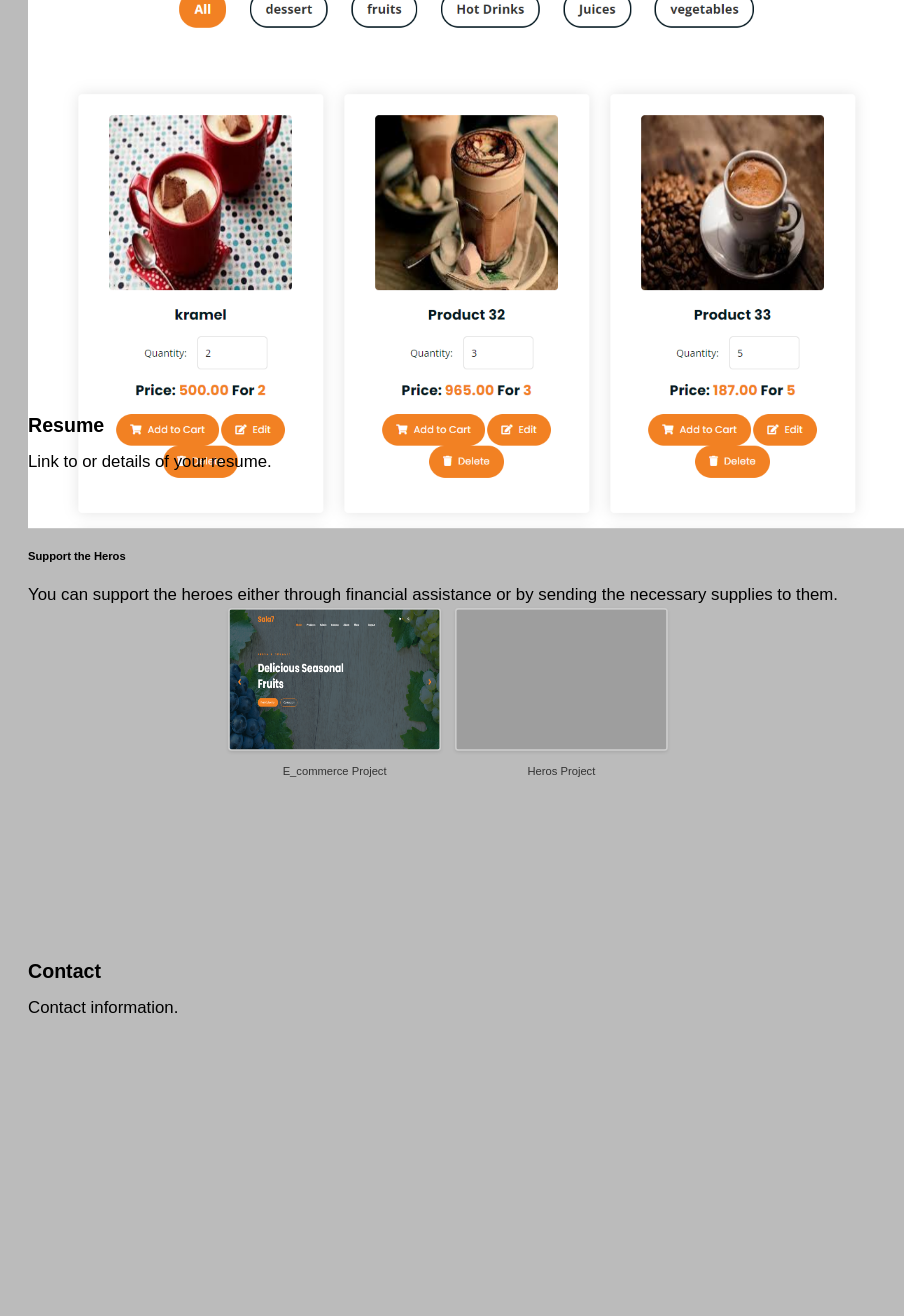
Repository: Salah-Wael/Salah-EL-Din-Portfolio
Page: index.html
An editor plug-in stored every save of this project. The page is shown before and after the next save, followed by the edit.
The browser window is 1280 px wide. The page is 1292 px wide, so the pictures cover 1292 px, including what lies to the right of the window. The pictures show the part of the page from y = 1112 to 2992 px (the page is 3237 px tall), at 70% of full size.
Pictures or frames that could not be fetched are drawn as grey boxes.

Above is the page before, as saved 2024-07-13 04:13:55.

### index.html
<!DOCTYPE html>
<html lang="en">
<head>
  <meta charset="UTF-8">
  <meta name="viewport" content="width=device-width, initial-scale=1.0">
  <title>Salah EL-Din Portfolio</title>
  <link rel="stylesheet" href="./style.css">
</head>
<body>
  <nav>
    <h1>Salah El-Din</h1>
    <ul>
      <li><a href="#about">About</a></li>
      <li><a href="#projects">Projects</a></li>
      <li><a href="#resume">Resume</a></li>
      <li><a href="#contact">Contact</a></li>
    </ul>
  </nav>
  <section id="about">
    <div class="about">
      <div>
        <h2>About Me</h2>
        <p>
          Hi there! 👋<br>
          My name is Salah EL-Din <br> I'm a <span>Back End Web Developer.</span>
          I'm a fresh graduate from the Computer Science and Artificial Intelligence Faculty. My main interest lies in back-end development using PHP and the Laravel framework. I also hold a certificate from the Information Technology Institute (ITI) in Back-end development using PHP and Laravel. I'm eager to gain practical experience in this field.
          To improve my skills, I actively participated in and presented at student activities.
          In October 2022, I joined to MSP Tech Club - Al Azhar and was accepted into the Back-End track, specializing in PHP and Laravel. I participated with them in the Back-end Development - Tri Era - MSP'23 as an instructor for the first session. In this session, I covered an introduction to front-end and back-end development as well as web hosting. Additionally, I explained some basics of PHP programming, such as (variables, data types, operators, arrays, strings, and conditions).
          In the following season, specifically in November 2023, I expanded my horizons by joining the MSP Flutter Committee. This new venture immersed me in the world of mobile applications, where I gained some information and experience about Dart and the Flutter framework. Concurrently, in December 2023, I became a member of the Google Developer Student Clubs (GDSC), further strengthening my front-end skills. With GDSC, I learned invaluable tricks and insights that have significantly enhanced my technical repertoire.
          Currently, I am looking for a job for 6 months before I apply for military service in January.
        </p>
      </div>
      <div>
        <img src="./img/Salah EL-Din Wael2.jpg" alt="Salah EL-Din">
      </div>
    </div>
  </section>
  <section id="projects">
    <h2>Projects</h2>
    <div class="sign-slider overflow-hidden ">
                            <ul  class="swiper-wrapper list-inline m-0 p-0 ">
                                <li class="swiper-slide">
                                    <img src="img/projects/products.png" alt="Sala7 E_commerce">
                            <h4 class="mb-1 text-white">Support the Heros</h4>
                                    <p>You can support the heroes either through financial assistance or by sending the necessary supplies to them.</p>
                                </li>

                            </ul>
                        </div>
    <div class="projects-container">
      <div class="project">
        <a href="https://sala7.great-site.net/" target="_blank">
          <img src="img/projects/ecommerce home.png" alt="Sala7 E_commerce">

          <p>E_commerce Project</p>
        </a>
      </div>
      <div class="project">
        <a href="https://heros.rf.gd/" target="_blank">
          <img src="path/to/heros-screenshot.png" alt="Heros Project">
          <p>Heros Project</p>
        </a>
      </div>
    </div>
  </section>
  <section id="resume">
    <h2>Resume</h2>
    <p>Link to or details of your resume.</p>
  </section>
  <section id="contact">
    <h2>Contact</h2>
    <p>Contact information.</p>
  </section>
</body>
</html>

### style.css
/* Reset some basic styles */
body, h1, h2, p, ul, li, a {
  margin: 0;
  padding: 0;
  list-style: none;
  text-decoration: none;
  font-family: Arial, sans-serif;
}

/* General body styling */
body {
  font-family: Arial, sans-serif;
  line-height: 1.6;
  background-color: #bbb;
}

/* Styling for navigation bar */
nav {
  background-color: #333;
  color: white;
  display: flex;
  justify-content: space-between;
  align-items: center;
  padding: 10px 20px;
}

nav h1 {
  font-size: 24px;
}

nav ul {
  display: flex;
  justify-content: center;
  width: 90%;
  gap: 15px;
}

nav ul li {
  list-style: none;
}

nav ul li a {
  color: white;
  text-decoration: none;
  padding: 5px 10px;
}

nav ul li a:hover {
  background-color: #575757;
  border-radius: 5px;
}

/* Section styling */
section {
  padding: 20px;
  margin: 20px;
  /* width: 100%; */
  height: 100vh;
}

section h2 {
  font-size: 28px;
  margin-bottom: 10px;
}

section p {
  font-size: 24px;
}

.about{
  display: flex;
  justify-content: space-between;
  align-items: center;
  margin: 20px;

}

.about div p{
  width: 75%;
  font-size: 20px;
  text-align: justify;
}
.about div img{
  width: 300px;
  height: 300px;
  border-radius: 50%;
}

/* Projects section styling */
.projects-container {
  display: flex;
  gap: 20px;
  flex-wrap: wrap;
  justify-content: center;
}

.project {
  text-align: center;
}

.project img {
  width: 300px;
  height: 200px;
  border: 2px solid #ccc;
  border-radius: 5px;
  box-shadow: 0 2px 5px rgba(0, 0, 0, 0.1);
  margin-bottom: 10px;
}

.project p {
  font-size: 16px;
  color: #333;
}

.project a {
  color: inherit;
  text-decoration: none;
}

.project a:hover img {
  border-color: #333;
}

After the next save:
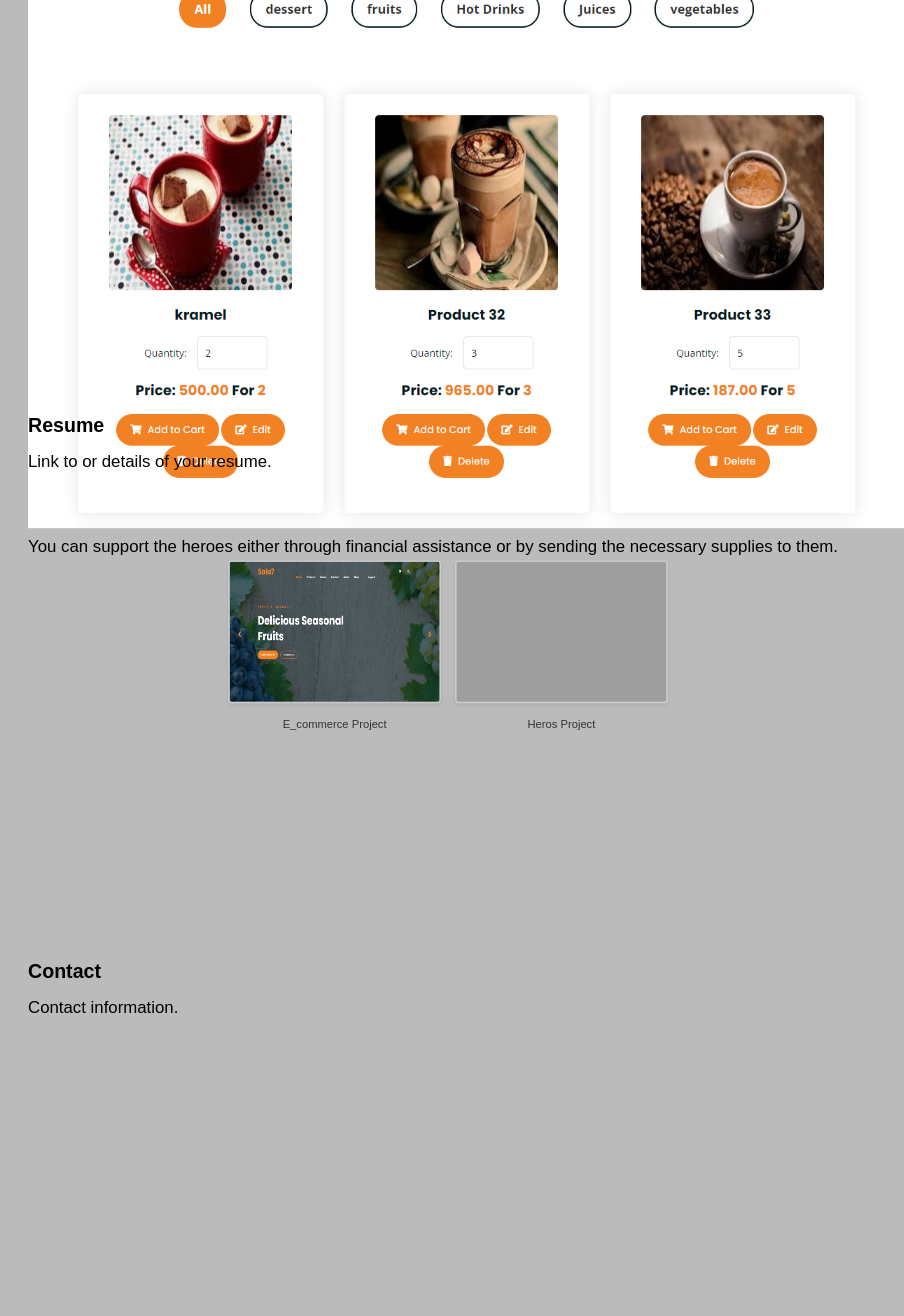
Saved 16 s later.
--- a/index.html
+++ b/index.html
@@ -41,7 +41,6 @@
                             <ul  class="swiper-wrapper list-inline m-0 p-0 ">
                                 <li class="swiper-slide">
                                     <img src="img/projects/products.png" alt="Sala7 E_commerce">
-                            <h4 class="mb-1 text-white">Support the Heros</h4>
                                     <p>You can support the heroes either through financial assistance or by sending the necessary supplies to them.</p>
                                 </li>
 
